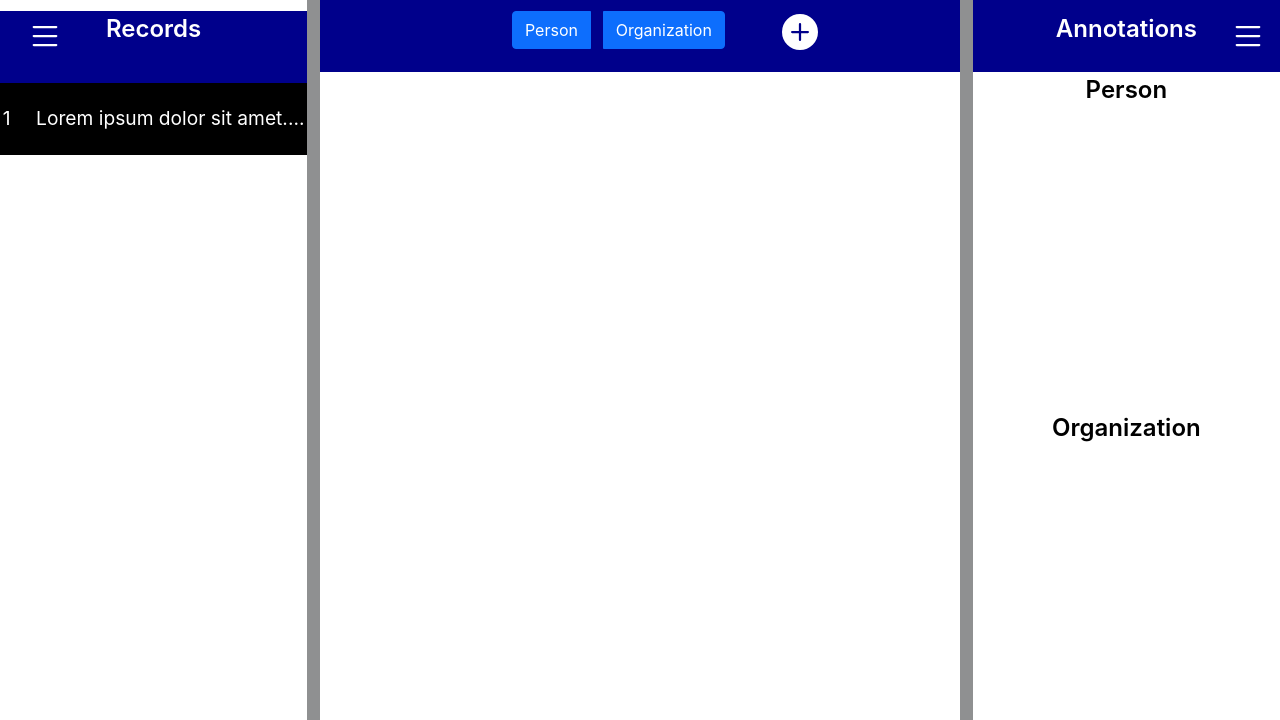
Repository: napan24/classforma_assignment
Page: / (app in client/)
The author's editor kept a copy of each file at every save. The page is drawn from the files as they stood at one save, then again after the next save.
The browser window is 1280 px wide. The pictures show the whole page.
The project was rebuilt for these pictures with package versions that can differ from the ones it lists, and the page was loaded fresh each time. Also part of the build but not shown: client/src/App.css.

Above is the page before, as saved 2022-07-20 18:55:27.

After the next save:
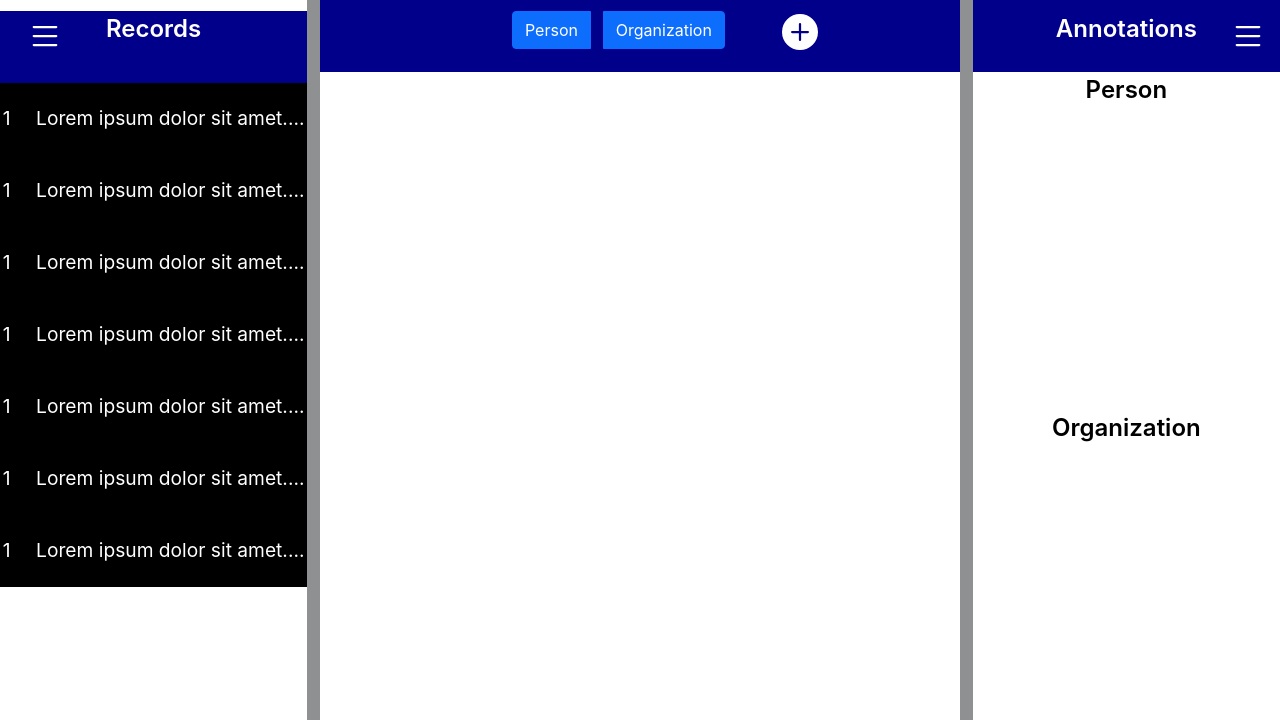
Saved 13 s later.
--- a/client/src/Home.js
+++ b/client/src/Home.js
@@ -115,6 +115,54 @@ const Home = () => {
                             Lorem ipsum dolor sit amet....
                         </span>
                     </div>
+                    <div style={{ width: "24vw", height: "10vh", backgroundColor: "black",overflow:"hidden",color:"white",fontSize:"120%",display:"flex",justifyContent:'center',alignItems:'center' }}>
+                        <span style={{top:"10vh"}}>
+                            1
+                        </span>
+                        <span style={{marginLeft:"2vw"}}>
+                            Lorem ipsum dolor sit amet....
+                        </span>
+                    </div>
+                    <div style={{ width: "24vw", height: "10vh", backgroundColor: "black",overflow:"hidden",color:"white",fontSize:"120%",display:"flex",justifyContent:'center',alignItems:'center' }}>
+                        <span style={{top:"10vh"}}>
+                            1
+                        </span>
+                        <span style={{marginLeft:"2vw"}}>
+                            Lorem ipsum dolor sit amet....
+                        </span>
+                    </div>
+                    <div style={{ width: "24vw", height: "10vh", backgroundColor: "black",overflow:"hidden",color:"white",fontSize:"120%",display:"flex",justifyContent:'center',alignItems:'center' }}>
+                        <span style={{top:"10vh"}}>
+                            1
+                        </span>
+                        <span style={{marginLeft:"2vw"}}>
+                            Lorem ipsum dolor sit amet....
+                        </span>
+                    </div>
+                    <div style={{ width: "24vw", height: "10vh", backgroundColor: "black",overflow:"hidden",color:"white",fontSize:"120%",display:"flex",justifyContent:'center',alignItems:'center' }}>
+                        <span style={{top:"10vh"}}>
+                            1
+                        </span>
+                        <span style={{marginLeft:"2vw"}}>
+                            Lorem ipsum dolor sit amet....
+                        </span>
+                    </div>
+                    <div style={{ width: "24vw", height: "10vh", backgroundColor: "black",overflow:"hidden",color:"white",fontSize:"120%",display:"flex",justifyContent:'center',alignItems:'center' }}>
+                        <span style={{top:"10vh"}}>
+                            1
+                        </span>
+                        <span style={{marginLeft:"2vw"}}>
+                            Lorem ipsum dolor sit amet....
+                        </span>
+                    </div>
+                    <div style={{ width: "24vw", height: "10vh", backgroundColor: "black",overflow:"hidden",color:"white",fontSize:"120%",display:"flex",justifyContent:'center',alignItems:'center' }}>
+                        <span style={{top:"10vh"}}>
+                            1
+                        </span>
+                        <span style={{marginLeft:"2vw"}}>
+                            Lorem ipsum dolor sit amet....
+                        </span>
+                    </div>
                 </div>
                 <div style={{ width: leftClose && rightClose ? "100vw" : rightClose ? "75vw" : leftClose ? "75vw" : "50vw", height: "100vh", backgroundColor: "white", marginRight: "1vw", overflowY: "unset" }}>
                     <div style={{ width: leftClose && rightClose ? "100vw" : rightClose ? "75vw" : leftClose ? "75vw" : "50vw", height: "10vh", backgroundColor: "#00008b", position: 'relative', overflowY: 'hidden' }}>

After the save that followed:
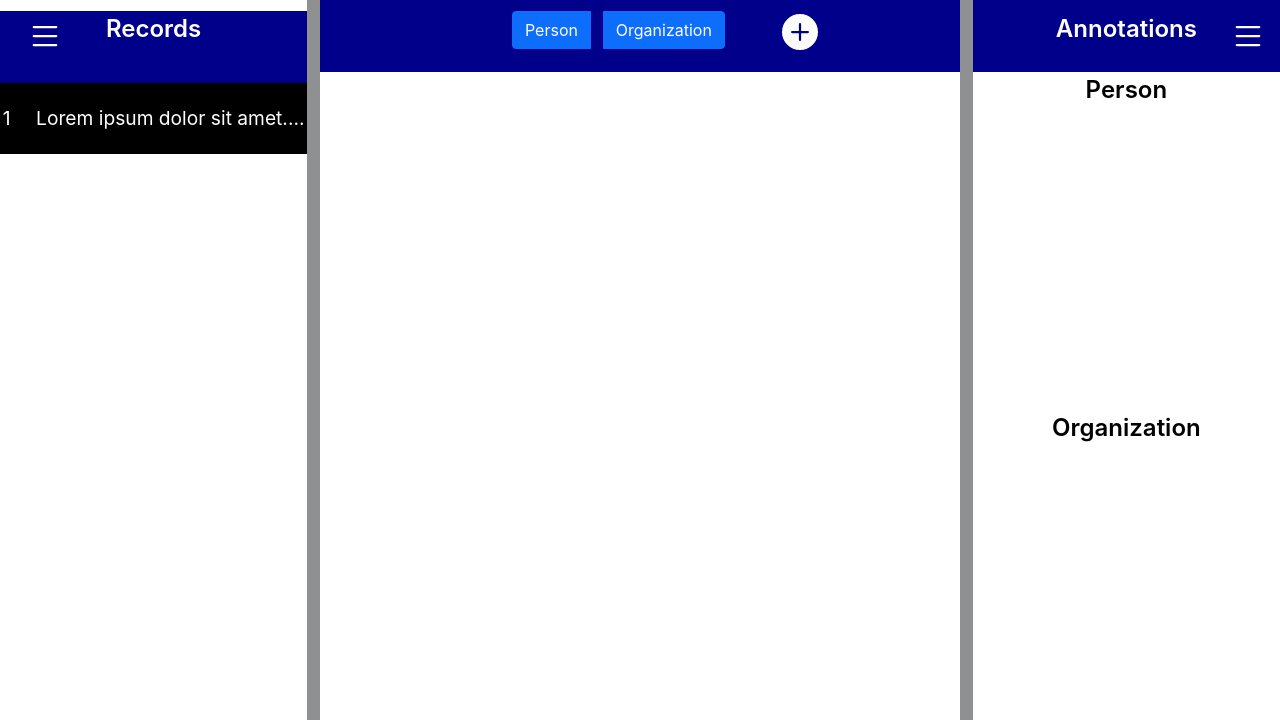
Saved 29 s later.
--- a/client/src/Home.js
+++ b/client/src/Home.js
@@ -107,55 +107,7 @@ const Home = () => {
                     <svg onClick={() => { showLeftComponent() }} style={{ width: "5vw", height: "5vh", position: 'absolute', left: "1vw", top: "2.5vh", color: 'white' }} xmlns="http://www.w3.org/2000/svg" fill="currentColor" class="bi bi-list" viewBox="0 0 16 16">
                         <path fill-rule="evenodd" d="M2.5 12a.5.5 0 0 1 .5-.5h10a.5.5 0 0 1 0 1H3a.5.5 0 0 1-.5-.5zm0-4a.5.5 0 0 1 .5-.5h10a.5.5 0 0 1 0 1H3a.5.5 0 0 1-.5-.5zm0-4a.5.5 0 0 1 .5-.5h10a.5.5 0 0 1 0 1H3a.5.5 0 0 1-.5-.5z" />
                     </svg>
-                    <div style={{ width: "24vw", height: "10vh", backgroundColor: "black",overflow:"hidden",color:"white",fontSize:"120%",display:"flex",justifyContent:'center',alignItems:'center' }}>
-                        <span style={{top:"10vh"}}>
-                            1
-                        </span>
-                        <span style={{marginLeft:"2vw"}}>
-                            Lorem ipsum dolor sit amet....
-                        </span>
-                    </div>
-                    <div style={{ width: "24vw", height: "10vh", backgroundColor: "black",overflow:"hidden",color:"white",fontSize:"120%",display:"flex",justifyContent:'center',alignItems:'center' }}>
-                        <span style={{top:"10vh"}}>
-                            1
-                        </span>
-                        <span style={{marginLeft:"2vw"}}>
-                            Lorem ipsum dolor sit amet....
-                        </span>
-                    </div>
-                    <div style={{ width: "24vw", height: "10vh", backgroundColor: "black",overflow:"hidden",color:"white",fontSize:"120%",display:"flex",justifyContent:'center',alignItems:'center' }}>
-                        <span style={{top:"10vh"}}>
-                            1
-                        </span>
-                        <span style={{marginLeft:"2vw"}}>
-                            Lorem ipsum dolor sit amet....
-                        </span>
-                    </div>
-                    <div style={{ width: "24vw", height: "10vh", backgroundColor: "black",overflow:"hidden",color:"white",fontSize:"120%",display:"flex",justifyContent:'center',alignItems:'center' }}>
-                        <span style={{top:"10vh"}}>
-                            1
-                        </span>
-                        <span style={{marginLeft:"2vw"}}>
-                            Lorem ipsum dolor sit amet....
-                        </span>
-                    </div>
-                    <div style={{ width: "24vw", height: "10vh", backgroundColor: "black",overflow:"hidden",color:"white",fontSize:"120%",display:"flex",justifyContent:'center',alignItems:'center' }}>
-                        <span style={{top:"10vh"}}>
-                            1
-                        </span>
-                        <span style={{marginLeft:"2vw"}}>
-                            Lorem ipsum dolor sit amet....
-                        </span>
-                    </div>
-                    <div style={{ width: "24vw", height: "10vh", backgroundColor: "black",overflow:"hidden",color:"white",fontSize:"120%",display:"flex",justifyContent:'center',alignItems:'center' }}>
-                        <span style={{top:"10vh"}}>
-                            1
-                        </span>
-                        <span style={{marginLeft:"2vw"}}>
-                            Lorem ipsum dolor sit amet....
-                        </span>
-                    </div>
-                    <div style={{ width: "24vw", height: "10vh", backgroundColor: "black",overflow:"hidden",color:"white",fontSize:"120%",display:"flex",justifyContent:'center',alignItems:'center' }}>
+                    <div style={{ width: "24vw", height: "10vh", backgroundColor: "black",overflow:"hidden",color:"white",fontSize:"120%",display:"flex",justifyContent:'center',alignItems:'center',borderBottom:"1px solid white" }}>
                         <span style={{top:"10vh"}}>
                             1
                         </span>
